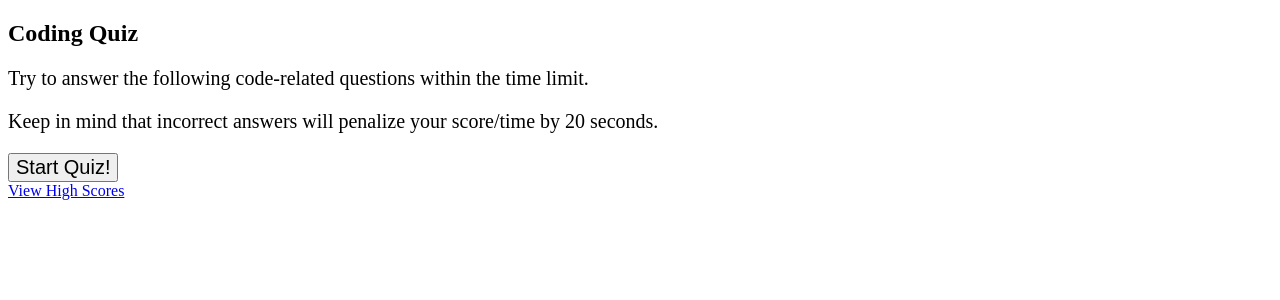
Repository: ziffoit/Code-Quiz
Page: index.html
These files come from the project's save history. The page is drawn as it stood at one moment and after the next save; the edit follows.
The browser window is 1280 px wide. The pictures show the whole page.

Above is the page before, as saved 2021-03-14 11:37:34.

After the next save:
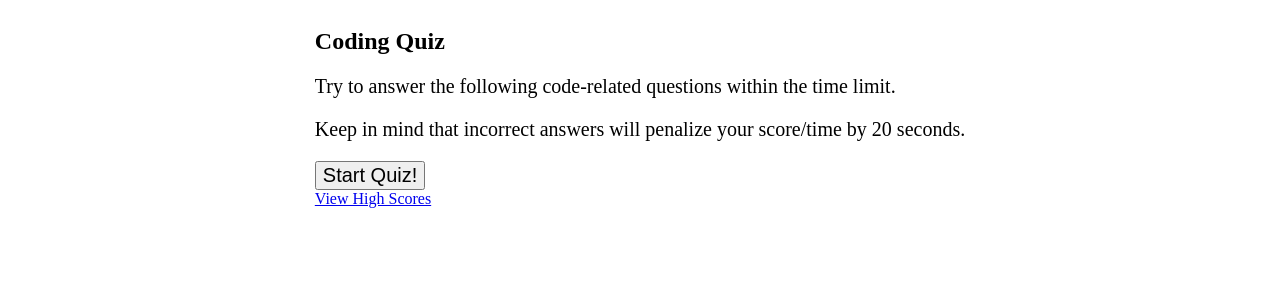
Saved 4 min 34 s later.
--- a/Assets/style.css
+++ b/Assets/style.css
@@ -6,6 +6,11 @@ button {
   font-size: 20px;
 }
 
+body {
+  display: flex;
+  justify-content: center;
+}
+
 .hidden {
   display: none;
 }
